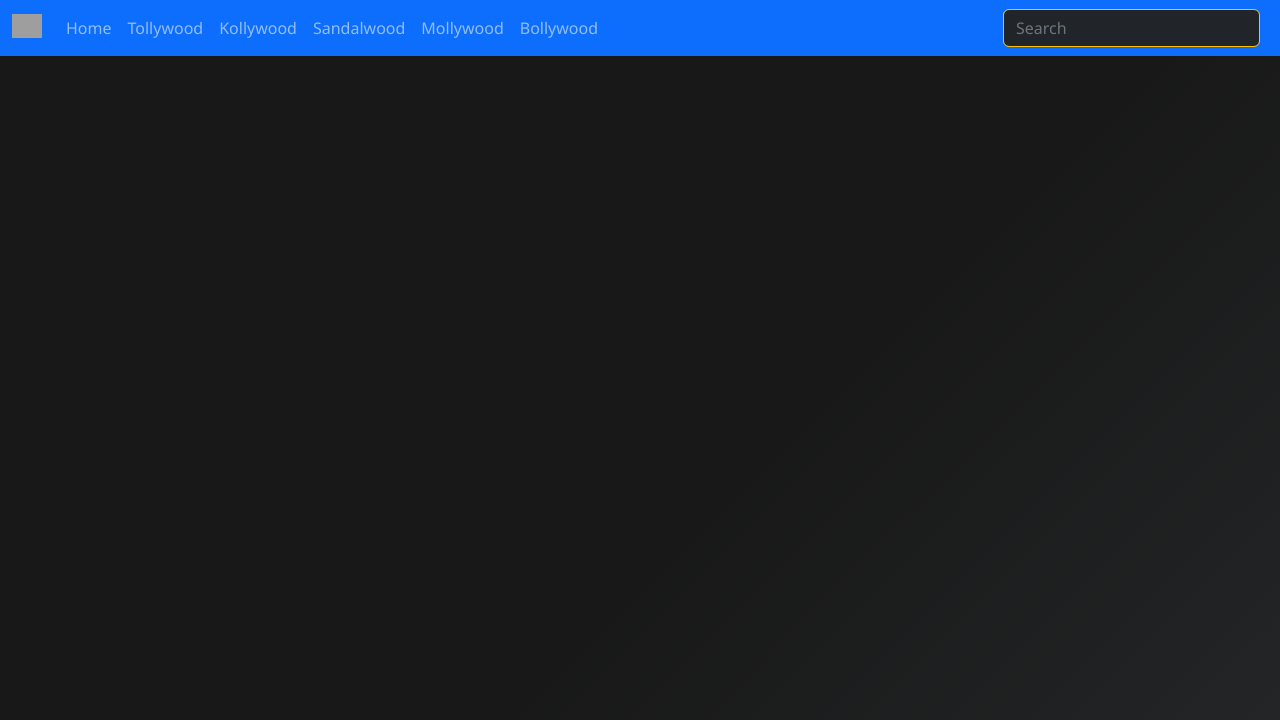
Repository: chandu7777158/Movies_spot
Page: /
These files come from the project's save history. The page is drawn as it stood at one moment and after the next save; the edit follows.
The browser window is 1280 px wide. The pictures show the whole page.
Pictures or frames that could not be fetched are drawn as grey boxes. The project was rebuilt for these pictures with package versions that can differ from the ones it lists, and the page was loaded fresh each time. Also part of the build but not shown: vite.config.js.

Above is the page before, as saved 2026-01-22 11:27:22.

### index.html
<!doctype html>
<html lang="en">
  <head>
    <meta charset="UTF-8" />
    <link rel="icon" type="image/svg+xml" href="/vite.svg" />
    <meta name="viewport" content="width=device-width, initial-scale=1.0" />
    <title>movies_spot</title>
    <link href="https://cdn.jsdelivr.net/npm/bootstrap@5.2.3/dist/css/bootstrap.min.css" rel="stylesheet" integrity="sha384-rbsA2VBKQhggwzxH7pPCaAqO46MgnOM80zW1RWuH61DGLwZJEdK2Kadq2F9CUG65" crossorigin="anonymous">

  </head>
  <body>
    <script src="https://cdn.jsdelivr.net/npm/bootstrap@5.2.3/dist/js/bootstrap.bundle.min.js" integrity="sha384-kenU1KFdBIe4zVF0s0G1M5b4hcpxyD9F7jL+jjXkk+Q2h455rYXK/7HAuoJl+0I4" crossorigin="anonymous"></script>
    <div id="root"></div>
    <script type="module" src="/src/main.jsx"></script>
  </body>
</html>

### src/index.css
body {
	background: linear-gradient(135deg, #181818 60%, #232526 100%);
	min-height: 100vh;
	color: #f5f5f5;
	font-family: 'Segoe UI', 'Roboto', 'Arial', sans-serif;
	margin: 0;
}

.page-section {
	padding: 2rem 1rem;
	background: rgba(24, 24, 24, 0.95);
	border-radius: 12px;
	box-shadow: 0 2px 16px rgba(0,0,0,0.2);
	margin: 2rem auto;
	max-width: 1200px;
}

/* Accent color for headings and highlights */
.accent {
	color: #ffc107;
}

### src/App.jsx
import React from 'react'
import Navbar from './components/Navbar'

export default function App() {
  return (
    <div>
      <Navbar/>
    </div>
  )
}

### src/components/Navbar.jsx

import React from 'react';

export default function Navbar() {
    return (
        <nav className="navbar  navbar-dark bg-primary navbar-expand-lg ">
            <div className="container-fluid">
                <a class="navbar-brand" href="#">
                    <img src="https://static.vecteezy.com/system/resources/previews/022/580/623/non_2x/movie-media-letter-logo-design-illustration-free-vector.jpg" alt="Logo" width="30" height="24" class="d-inline-block align-text-top"/>
                </a>
                <button className="navbar-toggler" type="button" data-bs-toggle="collapse" data-bs-target="#navbarNav" aria-controls="navbarNav" aria-expanded="false" aria-label="Toggle navigation">
                    <span className="navbar-toggler-icon"></span>
                </button>
                <div className="collapse navbar-collapse" id="navbarNav">
                    <ul className="navbar-nav me-auto mb-2 mb-lg-0">
                        <li className="nav-item">
                            <a className="nav-link" href="#">Home</a>
                        </li>
                        <li className="nav-item">
                            <a className="nav-link" href="#">Tollywood</a>
                        </li>
                        <li className="nav-item">
                            <a className="nav-link" href="#">Kollywood</a>
                        </li>
                        <li className="nav-item">
                            <a className="nav-link" href="#">Sandalwood</a>
                        </li>
                        <li className="nav-item">
                            <a className="nav-link" href="#">Mollywood</a>
                        </li>
                        <li className="nav-item">
                            <a className="nav-link" href="#">Bollywood</a>
                        </li>
                    </ul>
                    <form className="d-flex" role="search">
                        <input className="form-control me-2 bg-dark text-light border-warning" type="search" placeholder="Search" aria-label="Search" />
                    </form>
                </div>
            </div>
        </nav>
    );
}

Loaded but not shown: src/main.jsx (common file)

After the next save:
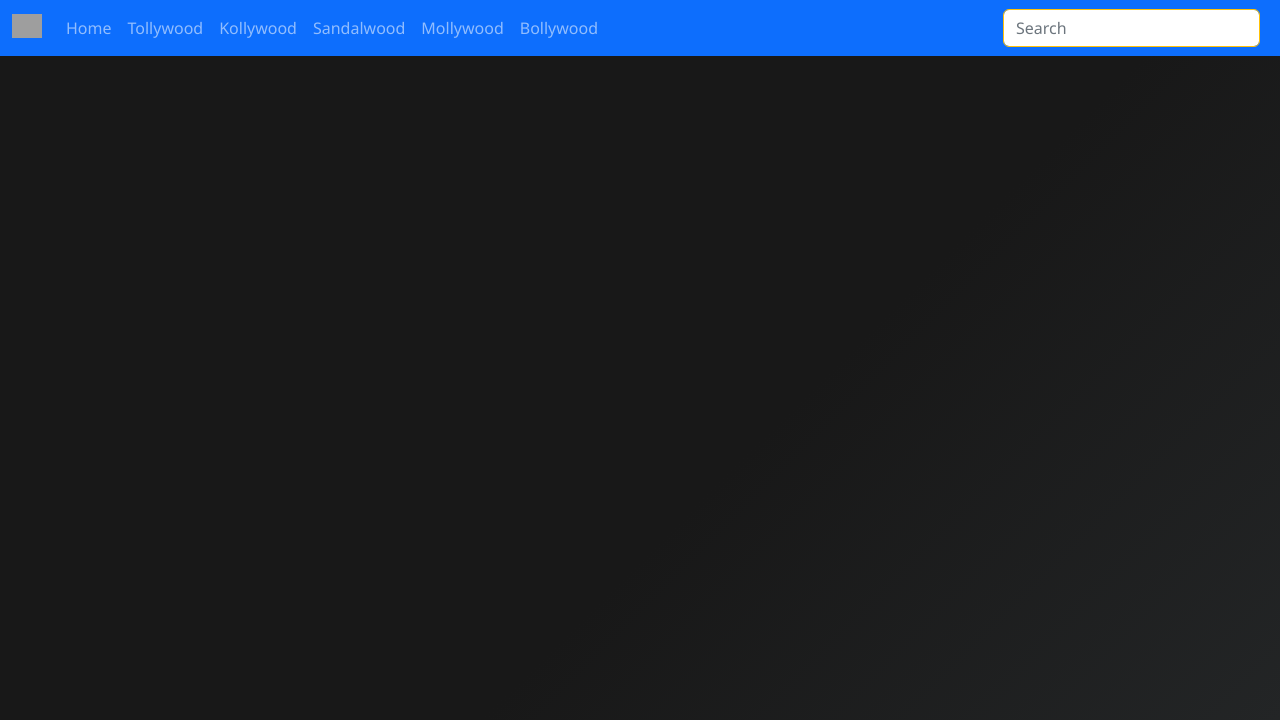
Saved 23 s later.
--- a/src/components/Navbar.jsx
+++ b/src/components/Navbar.jsx
@@ -33,7 +33,7 @@
                         </li>
                     </ul>
                     <form className="d-flex" role="search">
-                        <input className="form-control me-2 bg-dark text-light border-warning" type="search" placeholder="Search" aria-label="Search" />
+                        <input className="form-control me-2  text-light border-warning" type="search" placeholder="Search" aria-label="Search" />
                     </form>
                 </div>
             </div>

After the save that followed:
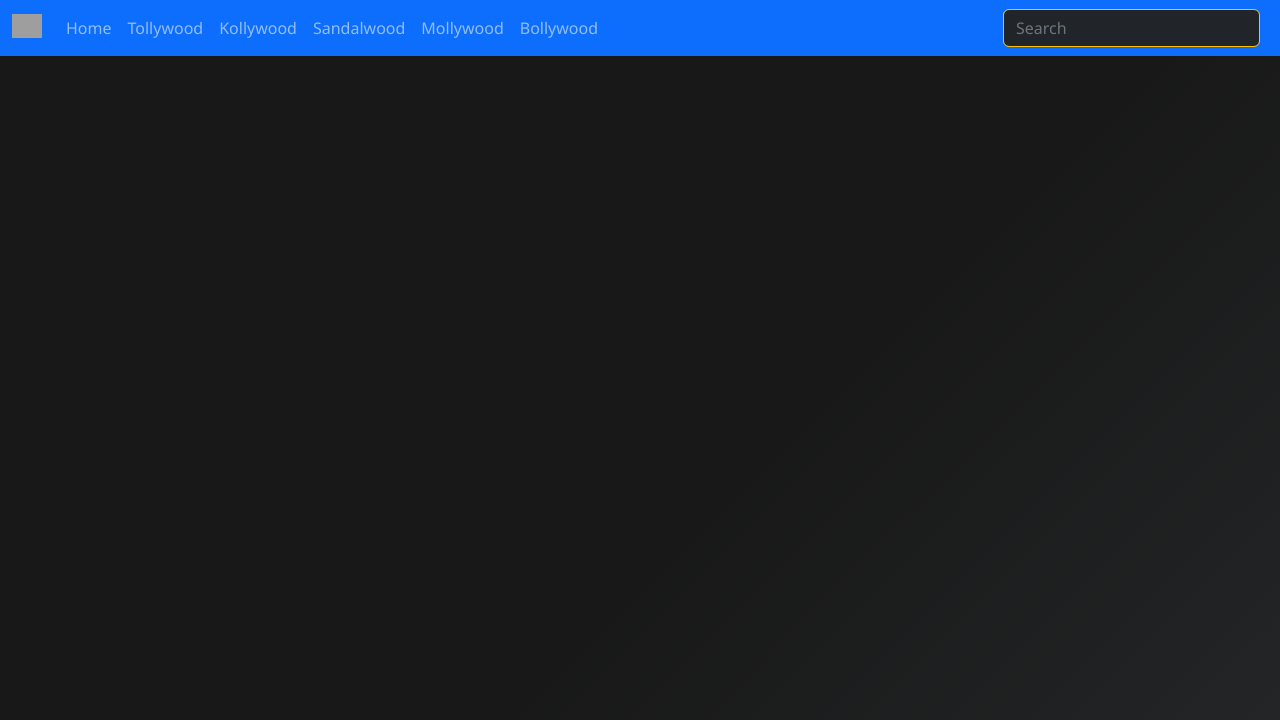
Saved 7 s later.
--- a/src/components/Navbar.jsx
+++ b/src/components/Navbar.jsx
@@ -33,7 +33,7 @@
                         </li>
                     </ul>
                     <form className="d-flex" role="search">
-                        <input className="form-control me-2  text-light border-warning" type="search" placeholder="Search" aria-label="Search" />
+                        <input className="form-control me-2 bg-dark text-light border-warning" type="search" placeholder="Search" aria-label="Search" />
                     </form>
                 </div>
             </div>
